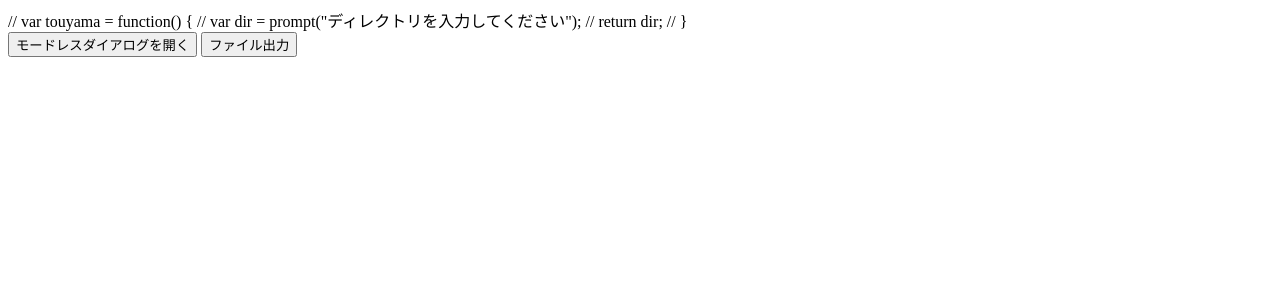
Repository: kaitotouyama/demo
Page: http://localhost/fileoutput
The author's editor kept a copy of each file at every save. The page is drawn from the files as they stood at one save, then again after the next save.
The browser window is 1280 px wide. The pictures show the whole page.
The page is this project's Thymeleaf template; nobody is signed in. The template is opened directly, without the code that normally fills it, so the values that code supplies are empty.

Above is the page before, as saved 2020-02-17 04:52:43.

After the next save:
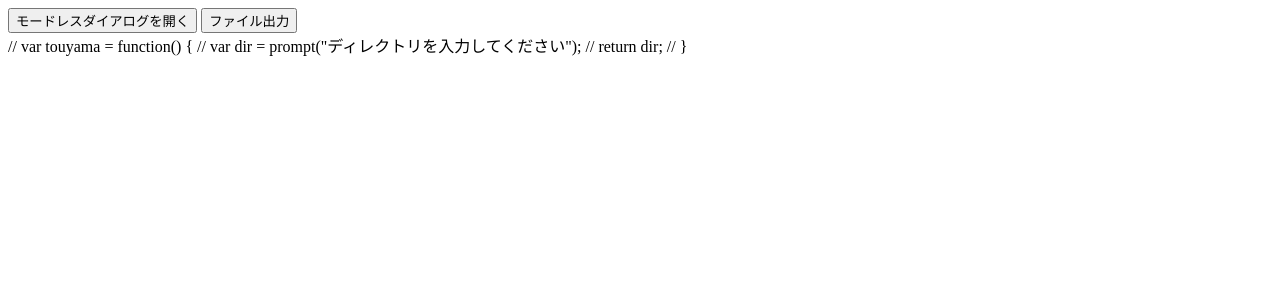
Saved 42 s later.
--- a/demo/src/main/resources/templates/fileoutput.html
+++ b/demo/src/main/resources/templates/fileoutput.html
@@ -5,10 +5,7 @@
 <meta charset="UTF-8">
 <title>ファイル出力</title>
 
-<!-- <script type="text/javascript"> -->
-// var touyama = function() { // var dir = prompt("ディレクトリを入力してください"); //
-return dir; // }
-<!-- </script> -->
+
 </head>
 <body>
 	<form th:action="@{/fileoutput}" th:object="${file}"
@@ -26,6 +23,9 @@ return dir; // }
 			<td th:text="${user.name}"></td>
 		</tr>
 	</table>
-
+	<!-- <script type="text/javascript"> -->
+	// var touyama = function() { // var dir = prompt("ディレクトリを入力してください");
+	// return dir; // }
+	<!-- </script> -->
 </body>
 </html>
